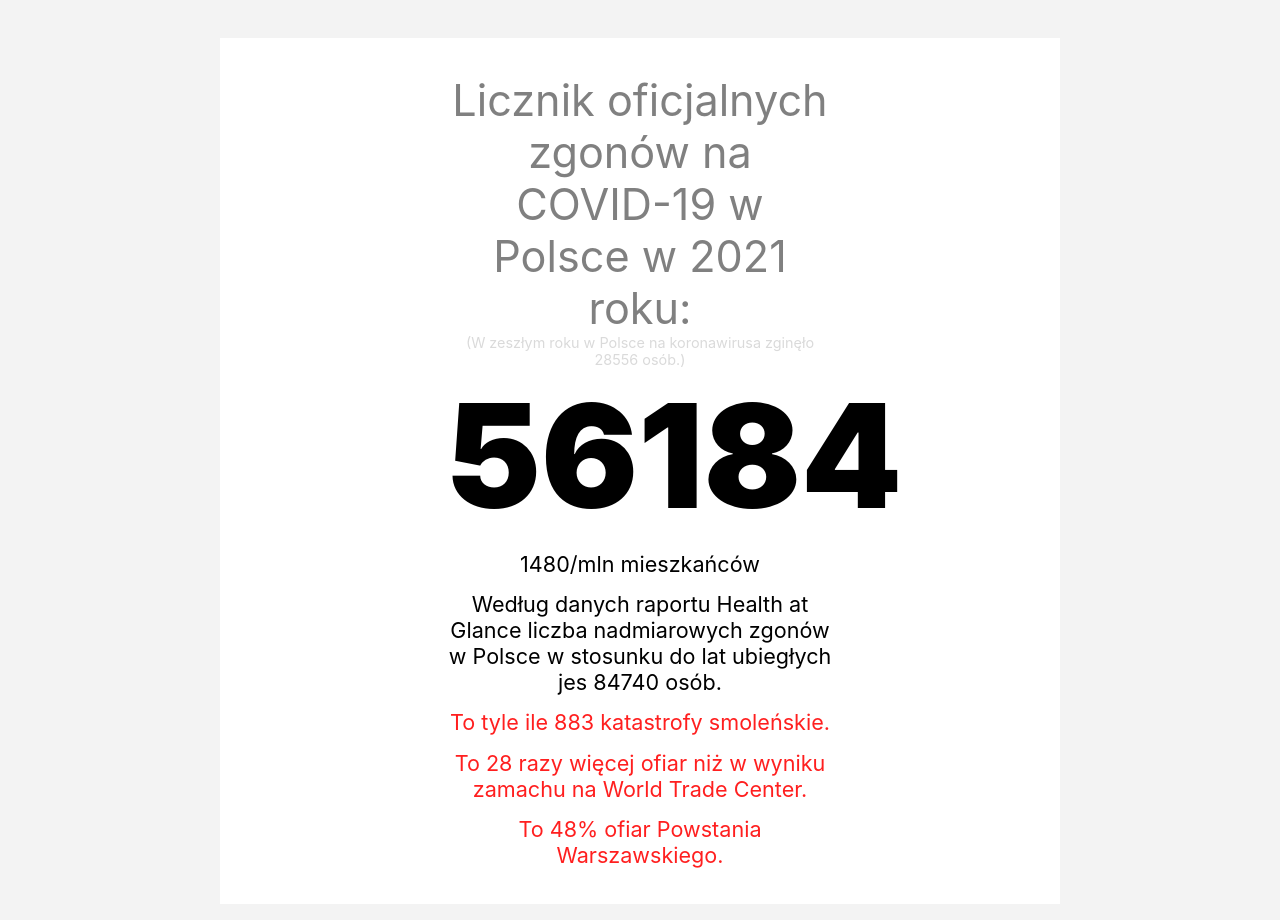
Repository: michalgornicki/poland-covid
Page: /
The author's editor kept a copy of each file at every save. The page is drawn from the files as they stood at one save, then again after a run of saves.
The browser window is 1280 px wide. The pictures show the whole page.
The project was rebuilt for these pictures with package versions that can differ from the ones it lists, and the page was loaded fresh each time.

Above is the page before, as saved 2021-12-04 21:08:19.

After the next 2 saves:
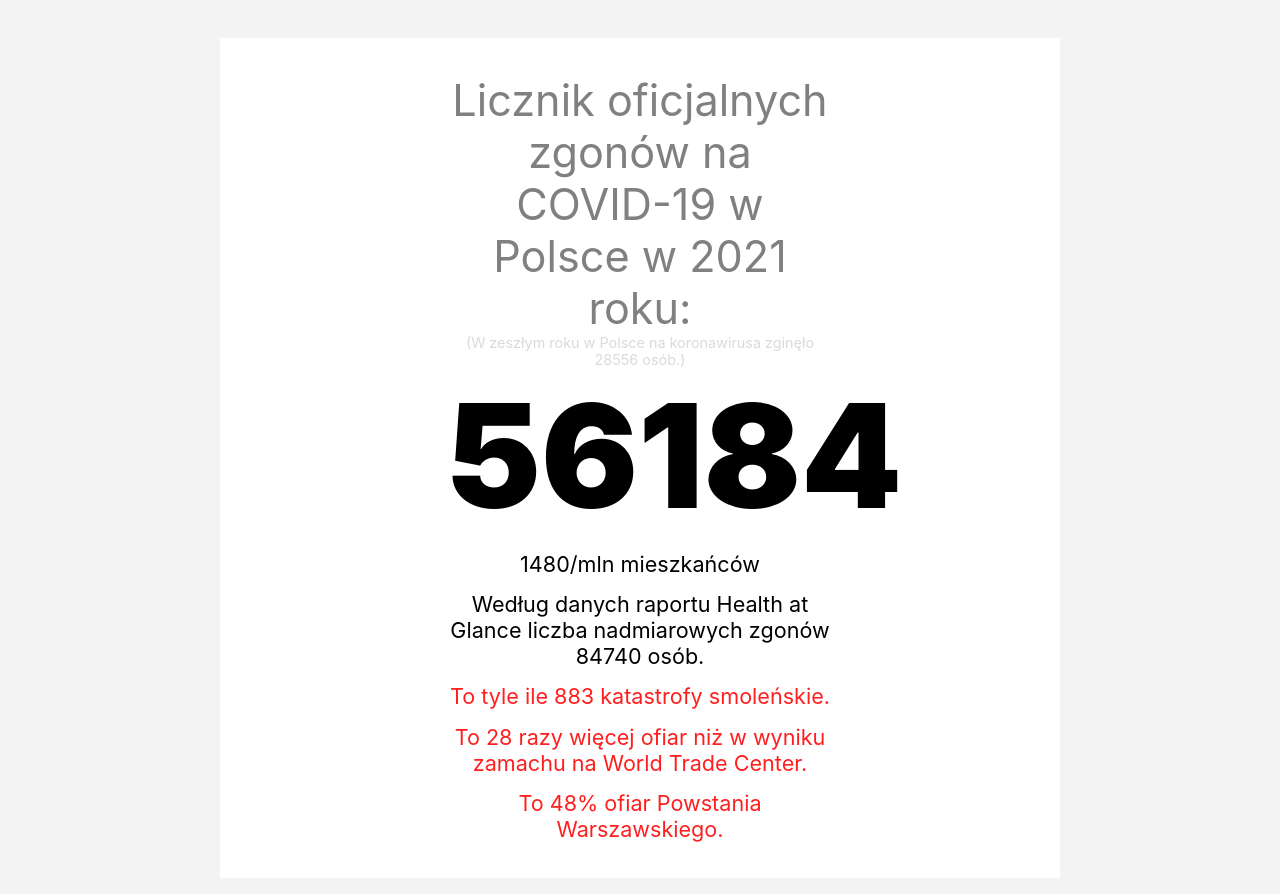
The 2 saves are shown as one change because they came seconds apart.
The last was saved 6 s later.
--- a/src/App.jsx
+++ b/src/App.jsx
@@ -22,7 +22,7 @@ function App() {
     document.getElementsByClassName("counter-3")[0].innerHTML =
       "Łącznie na Covid-19 zginęło w Polsce już " + (deaths + 28556) + " osób.";
       document.getElementsByClassName("counter-3")[0].innerHTML =
-      "Według danych raportu Health at Glance liczba nadmiarowych zgonów w Polsce w stosunku do lat ubiegłych jes " + (deaths + 28556) + " osób.";
+      "Według danych raportu Health at Glance liczba nadmiarowych zgonów  " + (deaths + 28556) + " osób.";
     document.getElementsByClassName("counter-4")[0].innerHTML =
       "To tyle ile " + smolensk + " katastrofy smoleńskie.";
       document.getElementsByClassName("counter-4")[1].innerHTML =
